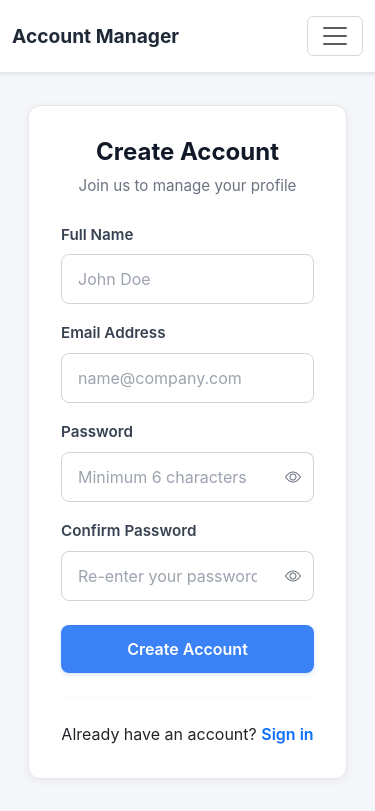
Repository: dharmik2910/Chaintech-Account-Manager
Page: /register
The author's editor kept a copy of each file at every save. The page is drawn from the files as they stood at one save, then again after the next save.
The browser window is 375 px wide. The pictures show the whole page.
The project was rebuilt for these pictures with package versions that can differ from the ones it lists, and the page was loaded fresh each time. Also part of the build but not shown: vite.config.js, src/pages/AccountPage.jsx, src/pages/LoginPage.jsx.

Above is the page before, as saved 2025-12-16 20:21:50.

After the next save:
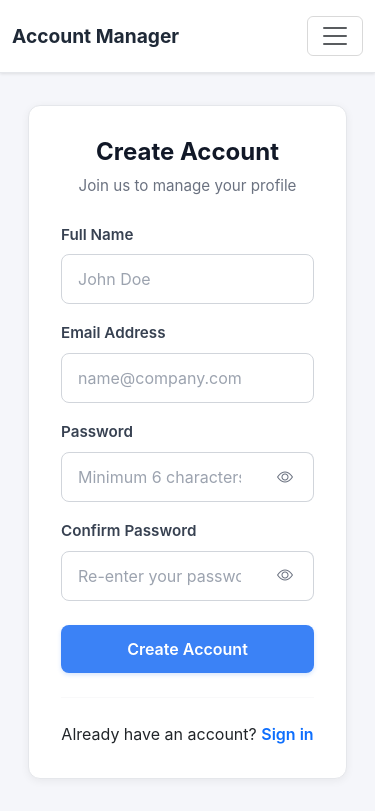
Saved 9 s later.
--- a/src/App.css
+++ b/src/App.css
@@ -23,6 +23,53 @@
   width: 100%;
   max-width: 620px;
   animation: fadeInUp 0.5s ease-out;
+}
+
+/* Mobile responsive padding */
+@media (max-width: 576px) {
+  .app-main {
+    padding: 1.5rem 0.75rem;
+  }
+
+  .auth-wrapper,
+  .account-wrapper {
+    max-width: 100%;
+  }
+
+  .card-body {
+    padding: 1.5rem;
+  }
+
+  .card-title {
+    font-size: 1.4rem;
+  }
+
+  .form-label {
+    font-size: 0.9rem;
+  }
+
+  .form-control {
+    font-size: 0.95rem;
+    padding: 0.65rem 0.875rem;
+  }
+
+  .btn {
+    font-size: 0.95rem;
+    padding: 0.65rem 1.25rem;
+  }
+
+  .invalid-feedback {
+    font-size: 0.8rem;
+  }
+
+  .alert {
+    font-size: 0.9rem;
+    padding: 0.75rem 1rem;
+  }
+
+  .text-muted {
+    font-size: 0.9rem;
+  }
 }
 
 @keyframes fadeInUp {

After the save that followed:
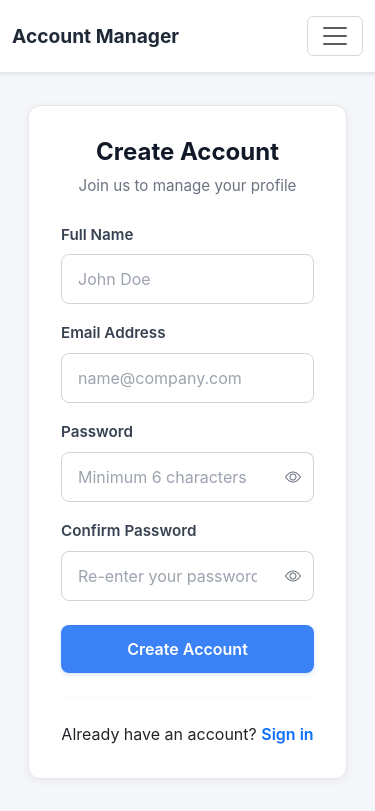
Saved 44 s later.
--- a/src/App.css
+++ b/src/App.css
@@ -23,53 +23,6 @@
   width: 100%;
   max-width: 620px;
   animation: fadeInUp 0.5s ease-out;
-}
-
-/* Mobile responsive padding */
-@media (max-width: 576px) {
-  .app-main {
-    padding: 1.5rem 0.75rem;
-  }
-
-  .auth-wrapper,
-  .account-wrapper {
-    max-width: 100%;
-  }
-
-  .card-body {
-    padding: 1.5rem;
-  }
-
-  .card-title {
-    font-size: 1.4rem;
-  }
-
-  .form-label {
-    font-size: 0.9rem;
-  }
-
-  .form-control {
-    font-size: 0.95rem;
-    padding: 0.65rem 0.875rem;
-  }
-
-  .btn {
-    font-size: 0.95rem;
-    padding: 0.65rem 1.25rem;
-  }
-
-  .invalid-feedback {
-    font-size: 0.8rem;
-  }
-
-  .alert {
-    font-size: 0.9rem;
-    padding: 0.75rem 1rem;
-  }
-
-  .text-muted {
-    font-size: 0.9rem;
-  }
 }
 
 @keyframes fadeInUp {
